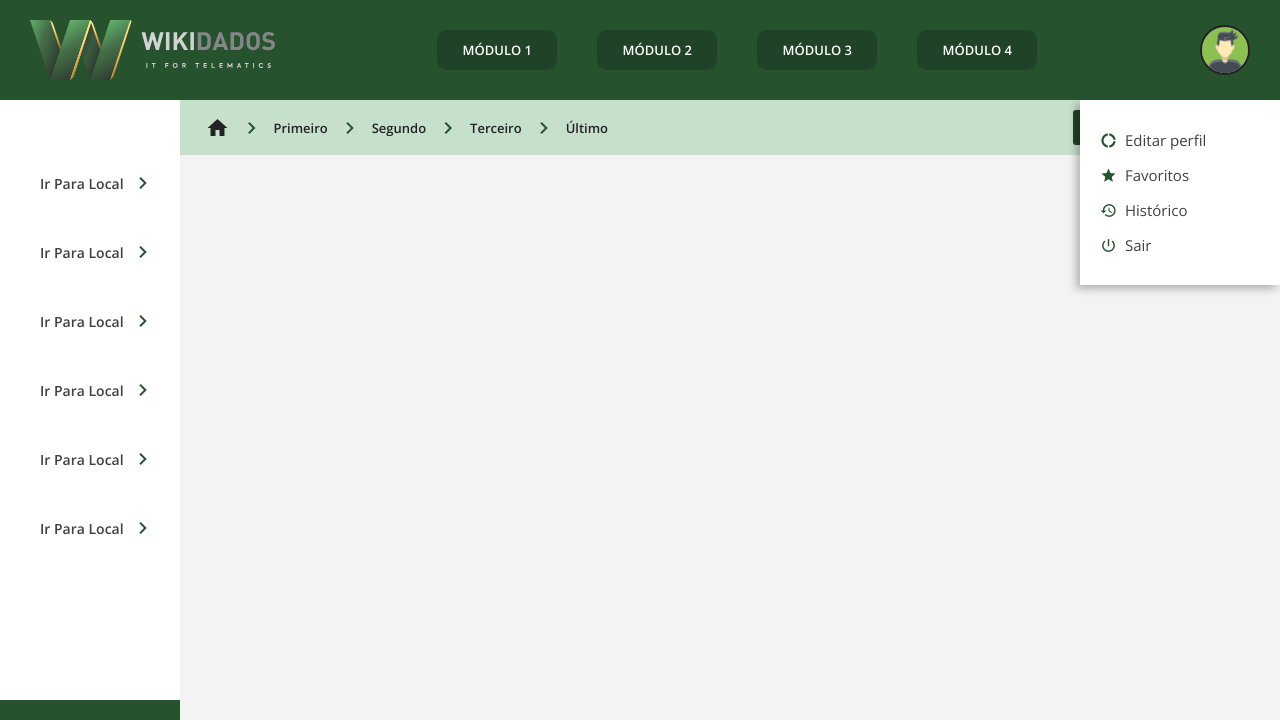
Repository: AlexDjon/alexdjon.github.io
Page: wiki-relayout/index.html
An editor plug-in stored every save of this project. The page is shown before and after the next save, followed by the edit.
The browser window is 1280 px wide. The pictures show the whole page.
After loading, the first visible `button.user` was clicked once.

Above is the page before, as saved 2020-08-12 16:02:43.

After the next save:
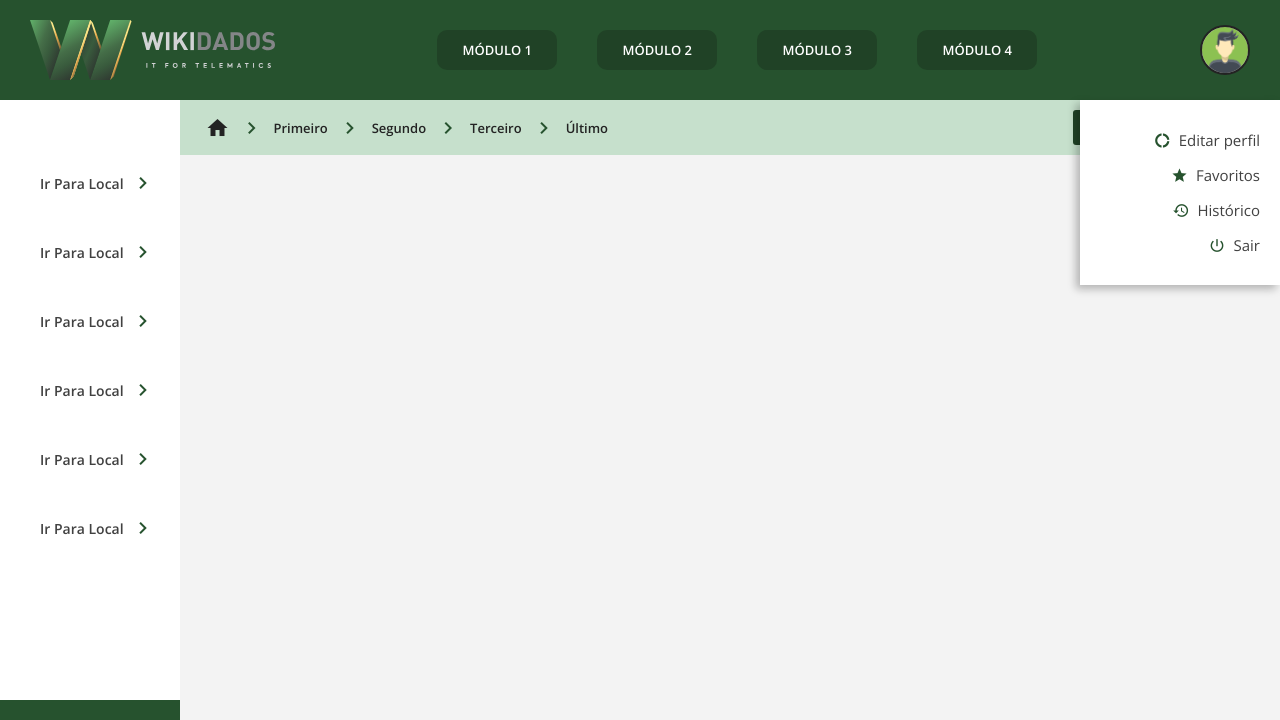
Saved 10 s later.
--- a/wiki-relayout/css/styles.css
+++ b/wiki-relayout/css/styles.css
@@ -87,7 +87,6 @@
 .areas ul {
   list-style: none;
   padding: 15px 20px;
-  align-items: flex-end;
 }
 .areas ul li {
   margin: 15px 0;
@@ -95,7 +94,7 @@
   color: var(--black2);
 
   display: flex;
-  justify-content: flex-start;
+  justify-content: flex-end;
   align-items: center;
   transition: color 0.3s;
   cursor: pointer;

After the save that followed:
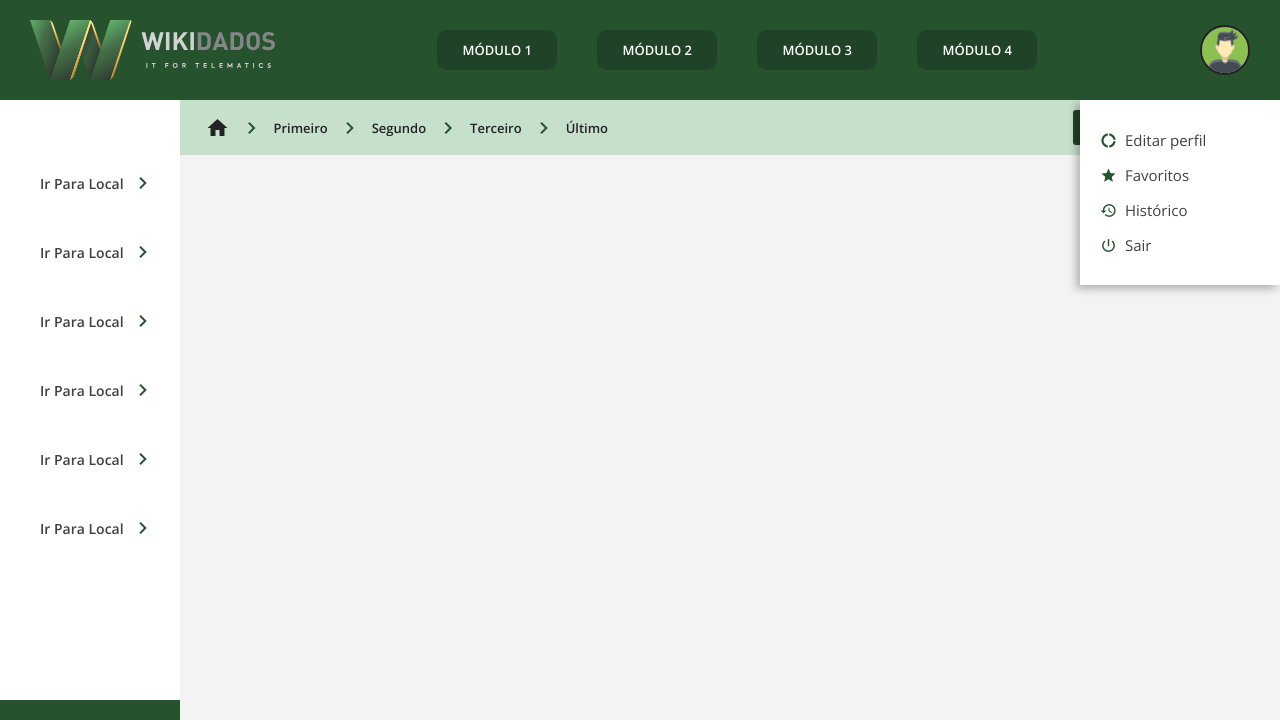
Saved 12 s later.
--- a/wiki-relayout/css/styles.css
+++ b/wiki-relayout/css/styles.css
@@ -87,6 +87,7 @@
 .areas ul {
   list-style: none;
   padding: 15px 20px;
+  align-items: flex-end;
 }
 .areas ul li {
   margin: 15px 0;
@@ -94,7 +95,7 @@
   color: var(--black2);
 
   display: flex;
-  justify-content: flex-end;
+  justify-content: flex-start;
   align-items: center;
   transition: color 0.3s;
   cursor: pointer;
